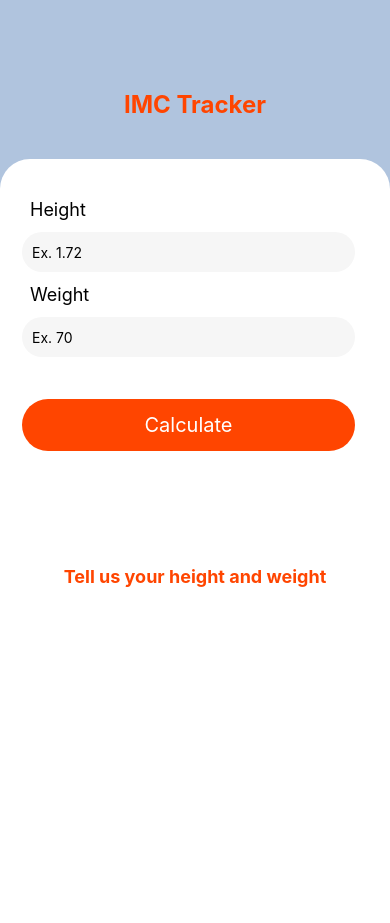
Repository: rubenmatias08/IMCTracker
Screen: /
These files come from the project's save history. The screen is drawn as it stood at one moment and after the next save; the edit follows.
The app was drawn by React Native's web renderer in a window 390 px wide. The project was rebuilt for these pictures with package versions that can differ from the ones it lists, and the page was loaded fresh each time.

Above is the screen before, as saved 2024-03-11 00:29:47.

After the next save:
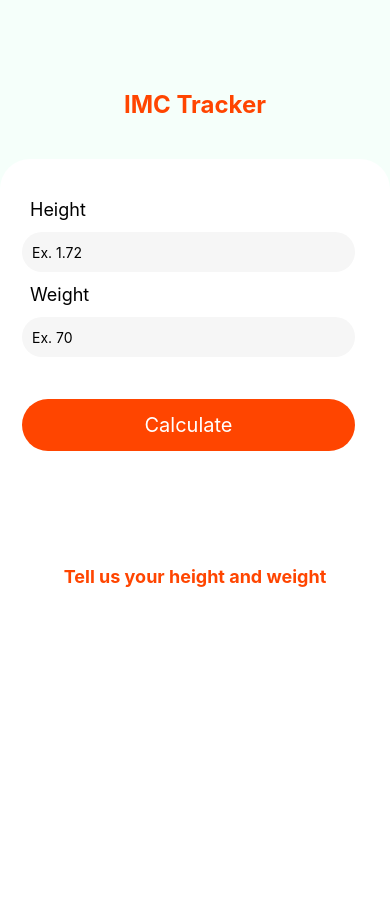
Saved 9 min 28 s later.
--- a/App.js
+++ b/App.js
@@ -14,7 +14,7 @@ export default function App() {
 const styles = StyleSheet.create({
   container: {
     flex: 1,
-    backgroundColor: '#B0C4DE',
+    backgroundColor: '#F5FFFA',
     paddingTop: 80,
 
   },
